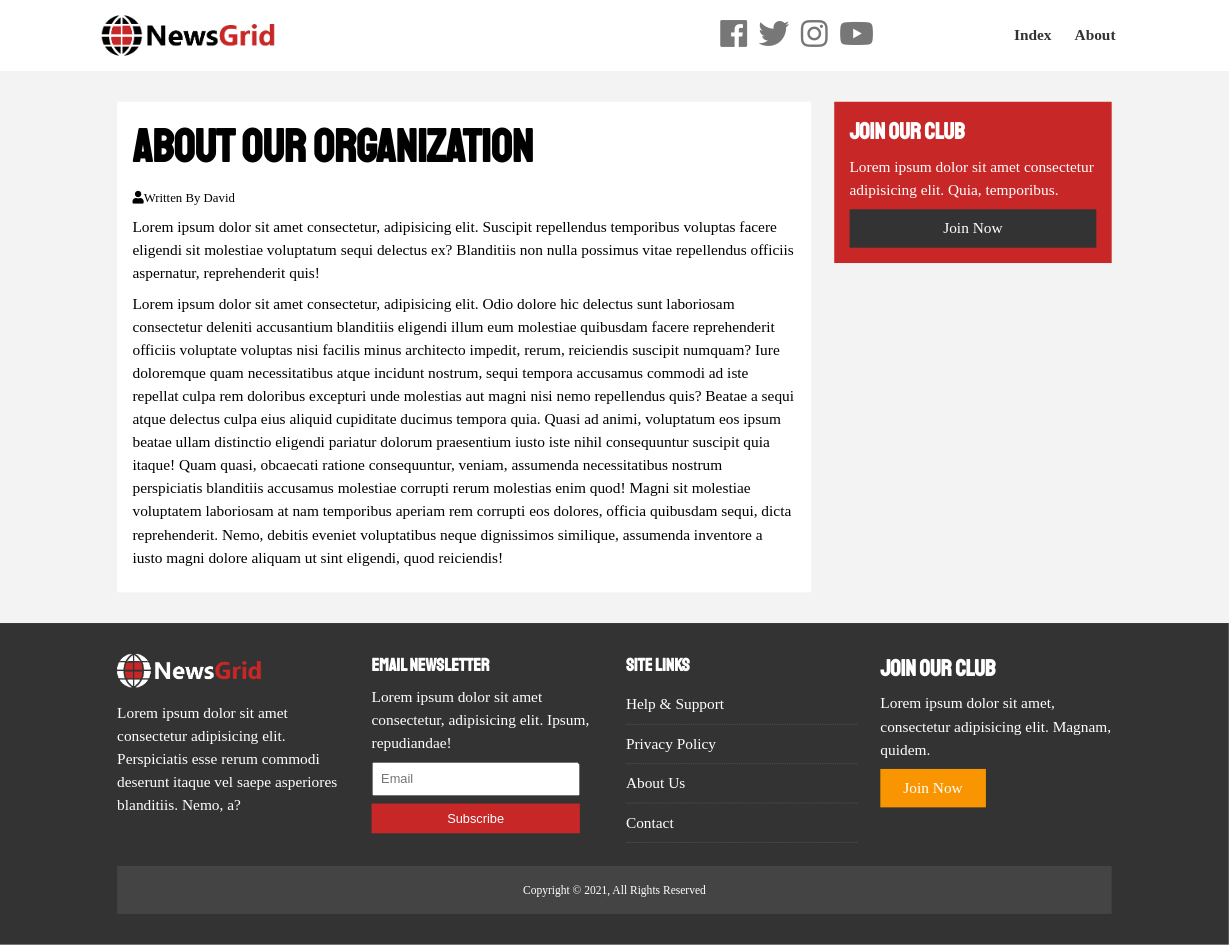
Repository: minhtien9/newsgrid
Page: article.html
An editor plug-in stored every save of this project. The page is shown before and after the next save, followed by the edit.
The browser window is 1280 px wide. The pictures show the whole page, at 96% of full size.
Some web libraries are served in a nearby version.

Above is the page before, as saved 2021-08-26 12:09:23.

### article.html
<!DOCTYPE html>
<html lang="en">
  <head>
    <meta charset="UTF-8" />
    <meta name="viewport" content="width=device-width, initial-scale=1.0" />
    <meta http-equiv="X-UA-Compatible" content="ie=edge" />
    <link
      rel="stylesheet"
      href="https://use.fontawesome.com/releases/v5.6.3/css/all.css"
      integrity="sha384-UHRtZLI+pbxtHCWp1t77Bi1L4ZtiqrqD80Kn4Z8NTSRyMA2Fd33n5dQ8lWUE00s/"
      crossorigin="anonymous"
    />
    <link
      href="https://fonts.googleapis.com/css2?family=Lato&family=Staatliches&display=swap"
      rel="stylesheet"
    />
    <link rel="stylesheet" href="css/style.css" />
    <link
      rel="stylesheet"
      media="screen and (max-width: 768px)"
      href="css/mobile.css"
    />
    <link rel="shortcut icon" type="image/x-icon" href="favicon.ico" />
    <title>NewsGrid | Latest News</title>
  </head>

  <body>
    <nav id="main-nav">
      <div class="container">
        <img src="img/logo.png" alt="NewsGrid" class="logo" />
        <div class="social">
          <a href="http://facebook.com" target="_blank"
            ><i class="fab fa-facebook fa-2x"></i
          ></a>
          <a href="http://twitter.com" target="_blank"
            ><i class="fab fa-twitter fa-2x"></i
          ></a>
          <a href="http://instagram.com" target="_blank"
            ><i class="fab fa-instagram fa-2x"></i
          ></a>
          <a href="http://youtube.com" target="_blank"
            ><i class="fab fa-youtube fa-2x"></i
          ></a>
        </div>
        <ul>
          <li><a href="index.html">Index</a></li>
          <li><a href="about.html">About</a></li>
        </ul>
      </div>
    </nav>

    <section id="article">
      <div class="container">
        <div class="page-container">
          <article class="card">
            <h1 class="l-heading">About Our Organization</h1>
            <div class="meata">
             <small>
              <i class="fas fa-user"></i>Written By David
             </small>
            </div>
            <p>
              Lorem ipsum dolor sit amet consectetur, adipisicing elit. Suscipit
              repellendus temporibus voluptas facere eligendi sit molestiae
              voluptatum sequi delectus ex? Blanditiis non nulla possimus vitae
              repellendus officiis aspernatur, reprehenderit quis!
            </p>
            <p>
              Lorem ipsum dolor sit amet consectetur, adipisicing elit. Odio
              dolore hic delectus sunt laboriosam consectetur deleniti
              accusantium blanditiis eligendi illum eum molestiae quibusdam
              facere reprehenderit officiis voluptate voluptas nisi facilis
              minus architecto impedit, rerum, reiciendis suscipit numquam? Iure
              doloremque quam necessitatibus atque incidunt nostrum, sequi
              tempora accusamus commodi ad iste repellat culpa rem doloribus
              excepturi unde molestias aut magni nisi nemo repellendus quis?
              Beatae a sequi atque delectus culpa eius aliquid cupiditate
              ducimus tempora quia. Quasi ad animi, voluptatum eos ipsum beatae
              ullam distinctio eligendi pariatur dolorum praesentium iusto iste
              nihil consequuntur suscipit quia itaque! Quam quasi, obcaecati
              ratione consequuntur, veniam, assumenda necessitatibus nostrum
              perspiciatis blanditiis accusamus molestiae corrupti rerum
              molestias enim quod! Magni sit molestiae voluptatem laboriosam at
              nam temporibus aperiam rem corrupti eos dolores, officia quibusdam
              sequi, dicta reprehenderit. Nemo, debitis eveniet voluptatibus
              neque dignissimos similique, assumenda inventore a iusto magni
              dolore aliquam ut sint eligendi, quod reiciendis!
            </p>
          </article>
          <aside class="card bg-primary">
            <h2>Join Our Club</h2>
            <p>
              Lorem ipsum dolor sit amet consectetur adipisicing elit. Quia,
              temporibus.
            </p>
            <a href="#" class="btn btn-dark btn-block">Join Now</a>
          </aside>
        </div>
      </div>
    </section>
    <!-- Footer -->
    <footer id="main-footer" class="py-2">
      <div class="container footer-container">
        <div>
          <img src="img/logo_light.png" alt="NewsGrid" />
          <p>
            Lorem ipsum dolor sit amet consectetur adipisicing elit.
            Perspiciatis esse rerum commodi deserunt itaque vel saepe asperiores
            blanditiis. Nemo, a?
          </p>
        </div>
        <div>
          <h3>Email NewsLetter</h3>
          <p>
            Lorem ipsum dolor sit amet consectetur, adipisicing elit. Ipsum,
            repudiandae!
          </p>
          <form>
            <input type="email" placeholder="Email" />
            <input type="submit" value="Subscribe" class="btn btn-primary" />
          </form>
        </div>
        <div>
          <h3>Site Links</h3>
          <ul class="list">
            <li><a href="#">Help & Support</a></li>
            <li><a href="#">Privacy Policy</a></li>
            <li><a href="#">About Us</a></li>
            <li><a href="#">Contact</a></li>
          </ul>
        </div>
        <div>
          <h2>Join Our Club</h2>
          <p>
            Lorem ipsum dolor sit amet, consectetur adipisicing elit. Magnam,
            quidem.
          </p>
          <a href="#" class="btn btn-secondary">Join Now</a>
        </div>
        <div>
          <p>Copyright &copy; 2021, All Rights Reserved</p>
        </div>
      </div>
    </footer>
  </body>
</html>

### css/style.css
:root {
  --primary-color: #c72727;
  --secondary-color: #f99500;
  --light-color: #f3f3f3;
  --dark-color: #333;
  --max-width: 1100px;
}

.category {
  --sports-color: #f99500;
  --ent-color: #a66bbe;
  --tech-color: #009cff;
}

* {
  margin: 0;
  padding: 0;
  box-sizing: border-box;
}

body {
  font-family: 'Lato' sans-serif;
  line-height: 1.5;
  background: var(--light-color);
}

a {
  color: #333;
  text-decoration: none;
}

ul {
  list-style: none;
}
p {
  margin: 0.5rem 0;
}

img {
  width: 100%;
}

h1,
h2,
h3,
h4,
h5,
h6 {
  font-family: 'Staatliches', cursive;
  margin-bottom: 0.55rem;
  line-height: 1.3;
}

/* Utility */

.container {
  max-width: var(--max-width);
  margin: auto;
  padding: 0 2rem;
  overflow: hidden;
}

.category {
  display: inline-block;
  color: #fff;
  font-size: 0.55rem;
  text-transform: uppercase;
  padding: 0.4rem 0.6rem;
  border-radius: 15px;
  margin-bottom: 0.5rem;
}

.category-sports {
  background: var(--sports-color);
}

.category-ent {
  background: var(--ent-color);
}

.category-tech {
  background: var(--tech-color);
}

.btn {
  display: inline-block;
  border: none;
  background: var(--dark-color);
  color: #fff;
  padding: 0.5rem 1.5rem;
}

.btn-light {
  background: var(--light-color);
}

.btn-primary {
  background: var(--primary-color);
}

.btn-secondary {
  background: var(--secondary-color);
}

.btn-block {
  display: block;
  width: 100%;
  text-align: center;
}

.btn:hover {
  opacity: 0.9;
}

.card {
  background: #fff;
  padding: 1rem;
}

.bg-dark {
  background: var(--dark-color);
  color: #fff;
}

.bg-primary {
  background: var(--primary-color);
  color: #fff;
}

.bg-secondary {
  background: var(--secondary-color);
  color: #fff;
}

.bg-dark h1,
.bg-dark h2,
.bg-dark h3,
.bg-dark a,
.bg-primary h1,
.bg-primary h2,
.bg-primary h3,
.bg-primary a,
.bg-secondary h1,
.bg-secondary h2,
.bg-secondary h3,
.bg-secondary a {
  color: #fff;
}

.py-1 {
  padding: 1.5rem 0;
}

.py-2 {
  padding: 2rem 0;
}

.py-3 {
  padding: 3rem 0;
}

.p-1 {
  padding: 1.5rem;
}

.p-2 {
  padding: 2rem;
}

.p-3 {
  padding: 3rem;
}

.l-heading{
  font-size: 3rem;
}
.list li {
  padding: 0.5rem 0;
  border-bottom: 1px dotted #555;
}
.list li a:hover {
  color: var(--primary-color) !important;
}

/* Inner page grid container */

.page-container {
  display: grid;
  grid-template-columns: 5fr 2fr;
  margin: 2rem 0;
  grid-gap: 1.5rem;
}

.page-container > *:first-child {
  grid-row: 1 / span 3;
}
/* Navigation */

#main-nav {
  background: #fff;
  position: sticky;
  top: 0;
  z-index: 2;
}

#main-nav .container {
  display: grid;
  grid-template-columns: 6fr 3fr 2fr;
  padding: 1rem;
  align-items: center;
}

#main-nav .logo {
  width: 180px;
}

#main-nav ul {
  justify-self: end;
  display: flex;
}

#main-nav ul li a {
  padding: 0.75rem;
  font-weight: bold;
}

#main-nav ul li a.current {
  background: var(--primary-color);
  color: #fff;
}

#main-nav ul li a:hover {
  background: var(--light-color);
  color: var(--dark-color);
}

#main-nav .social {
  justify-self: center;
}

#main-nav .social i {
  color: #777;
  margin-right: 0.5rem;
}

/* Showcase */

#showcase {
  color: #fff;
  background: #333;
  padding: 2rem;
  position: relative;
}

#showcase:before {
  content: '';
  background: url('../img/featured.jpg') no-repeat center center/cover;
  position: absolute;
  top: 0;
  left: 0;
  width: 100%;
  height: 100%;
  opacity: 0.4;
}

#showcase .showcase-container {
  display: grid;
  grid-template-columns: repeat(2, 1fr);
  justify-content: center;
  align-items: center;
  height: 80vh;
}

#showcase .showcase-content {
  z-index: 1;
}

#showcase .showcase-content p {
  margin-bottom: 1rem;
}

/* Home Articles */

#home-articles .articles-container {
  display: grid;
  grid-template-columns: repeat(3, 1fr);
  grid-gap: 1rem;
}

#home-articles .articles-container > *:first-child,
#home-articles .articles-container > *:last-child {
  display: grid;
  grid-template-columns: repeat(2, 1fr);
  grid-gap: 1rem;
  grid-column: 1 / span 2;
  align-items: center;
}

#home-articles .articles-container > *:last-child {
  grid-column: 2 / span 2;
}

/* Footer */

#main-footer {
  background: var(--dark-color);
  color: #fff;
}

#main-footer img {
  width: 150px;
}
#main-footer a {
  color: #fff;
}
#main-footer .footer-container {
  display: grid;
  grid-template-columns: repeat(4, 1fr);
  grid-gap: 1.5rem;
}
#main-footer .footer-container > *:last-child {
  background: #444;
  grid-column: 1 / span 4;
  padding: 0.5rem;
  text-align: center;
  font-size: 0.75rem;
}
#main-footer .footer-container input[type='email'] {
  width: 90%;
  padding: 0.5rem;
  margin-bottom: 0.5rem;
}
#main-footer .footer-container input[type='submit'] {
  width: 90%;
}

Loaded but not shown: css/mobile.css (no stored copy; drawn as an empty file)

After the next save:
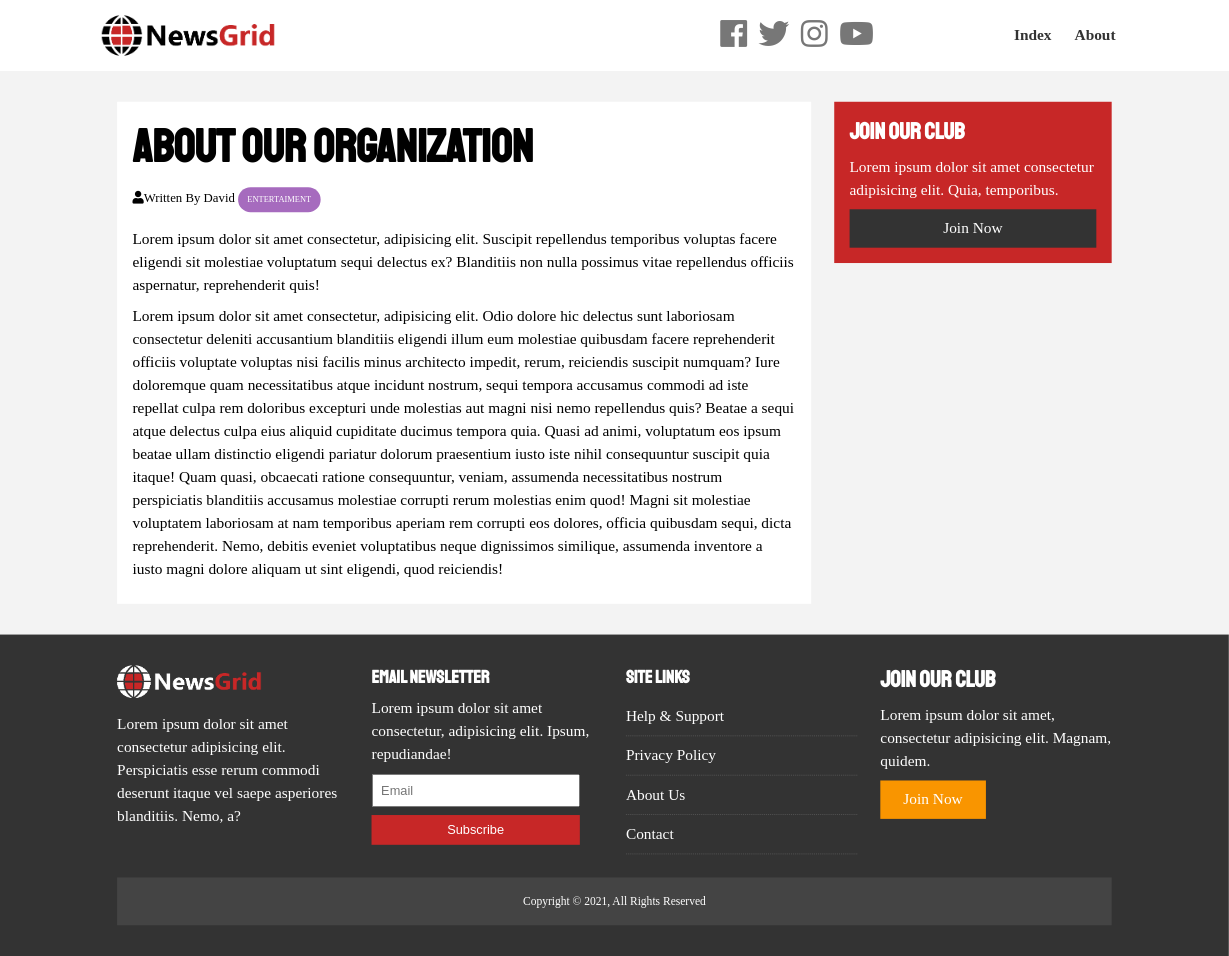
Saved 23 s later.
--- a/article.html
+++ b/article.html
@@ -55,9 +55,8 @@
           <article class="card">
             <h1 class="l-heading">About Our Organization</h1>
             <div class="meata">
-             <small>
-              <i class="fas fa-user"></i>Written By David
-             </small>
+              <small> <i class="fas fa-user"></i>Written By David </small>
+              <div class="category category-ent">Entertaiment</div>
             </div>
             <p>
               Lorem ipsum dolor sit amet consectetur, adipisicing elit. Suscipit
